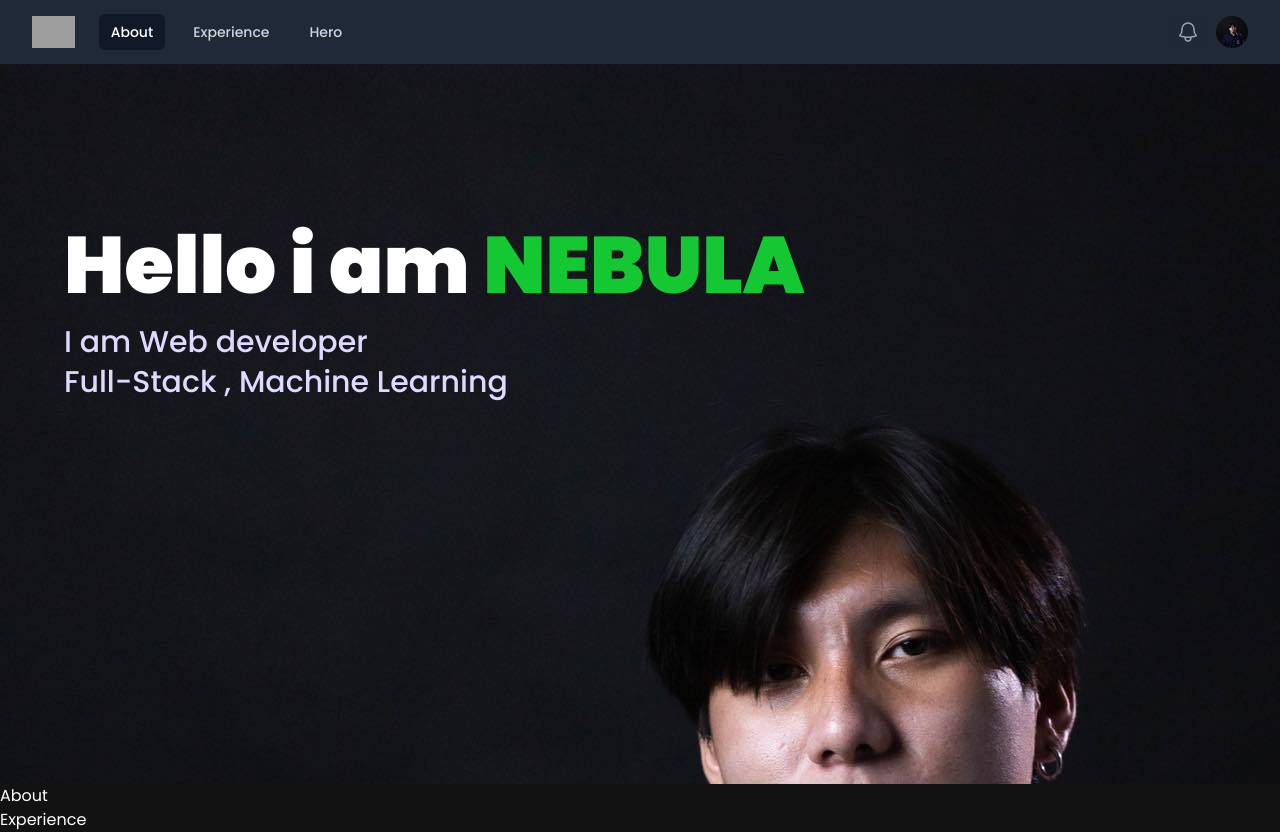
Repository: supakorn5039-boon/React-f
Page: /
The author's editor kept a copy of each file at every save. The page is drawn from the files as they stood at one save, then again after a run of saves.
The browser window is 1280 px wide. The pictures show the whole page.
Pictures or frames that could not be fetched are drawn as grey boxes. The project was rebuilt for these pictures with package versions that can differ from the ones it lists, and the page was loaded fresh each time. Also part of the build but not shown: vite.config.js.

Above is the page before, as saved 2024-01-09 15:03:19.

After the next 2 saves:
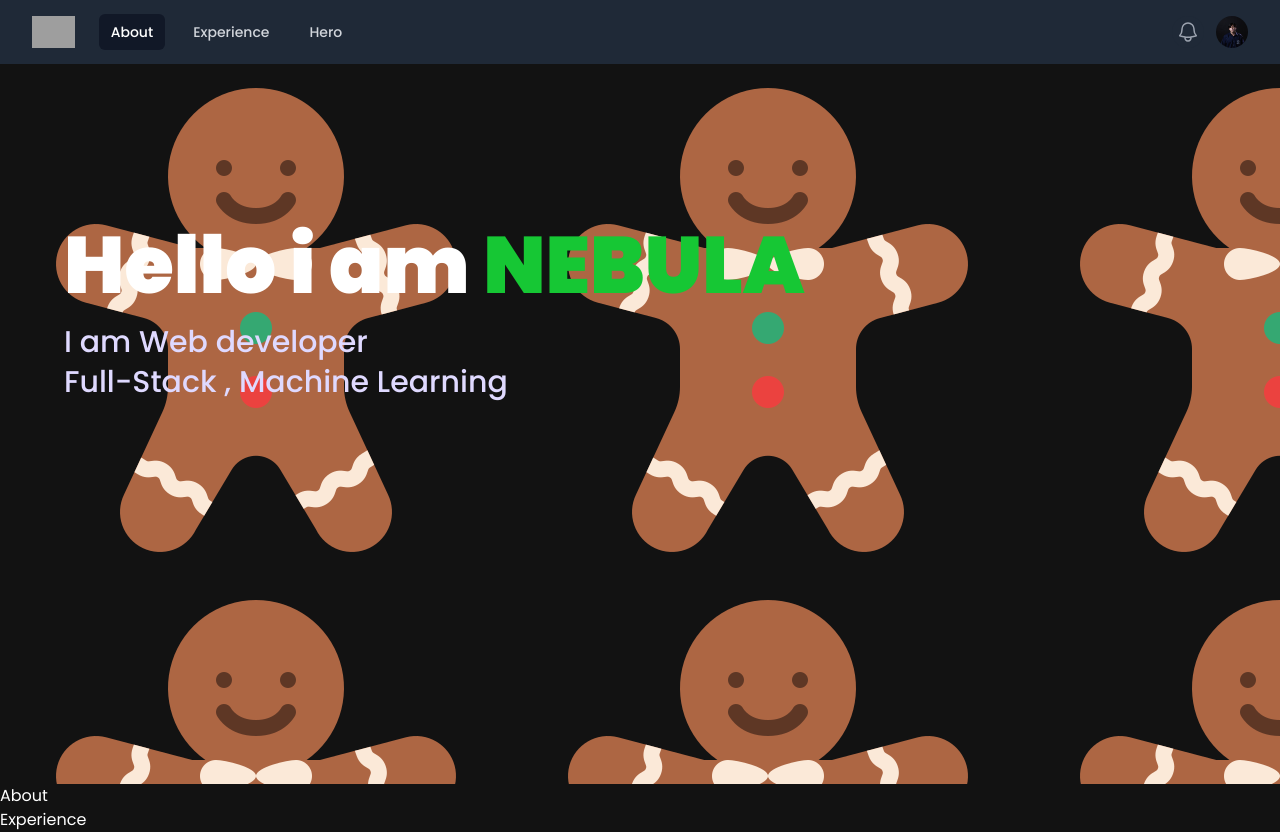
The 2 saves are shown as one change because they came seconds apart.
The last was saved 49 s later.
--- a/src/index.css
+++ b/src/index.css
@@ -13,7 +13,7 @@
   color-scheme: dark;
 }
 .bg-boon {
-  background-image: url("./assets/Photo.jpg");
+  background-image: url("./assets/gingerbread-man.png");
 }
 .section {
   position: absolute;
